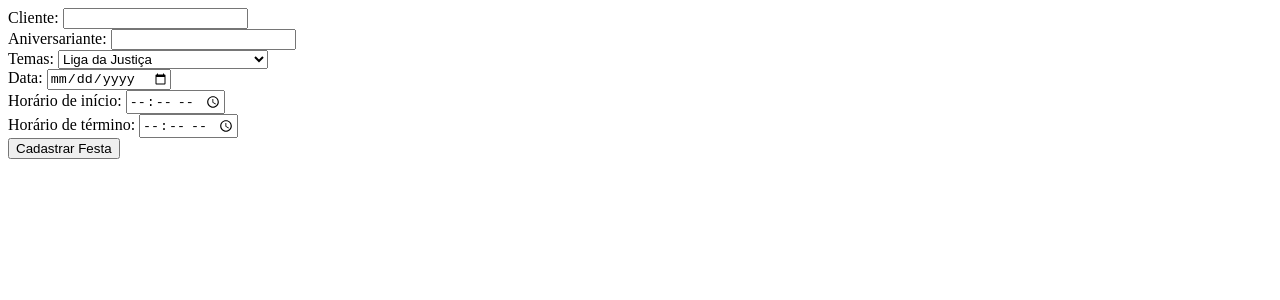
Repository: brunoduarteads/servlets
Page: gerenciador/WebContent/formularioCadastro.html
These files come from the project's save history. The page is drawn as it stood at one moment and after the next save; the edit follows.
The browser window is 1280 px wide. The pictures show the whole page.

Above is the page before, as saved 2020-04-13 19:18:32.

After the next save:
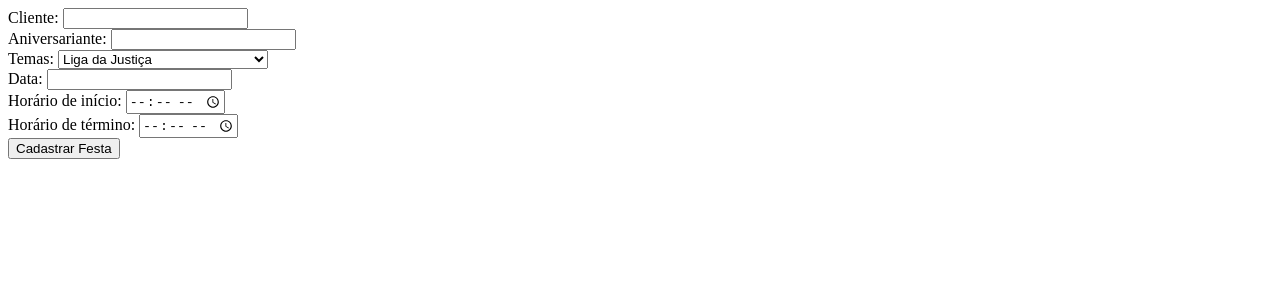
Saved 13 min 16 s later.
--- a/gerenciador/WebContent/formularioCadastro.html
+++ b/gerenciador/WebContent/formularioCadastro.html
@@ -36,7 +36,7 @@
      </optgroup>  </select>
 
     </div> <div>
-    Data: <input type="date" name="data" />
+    Data: <input type="text" name="data" />
 
     </div><div>
     Horário de início: <input type="time" name="horario_inicio" />
